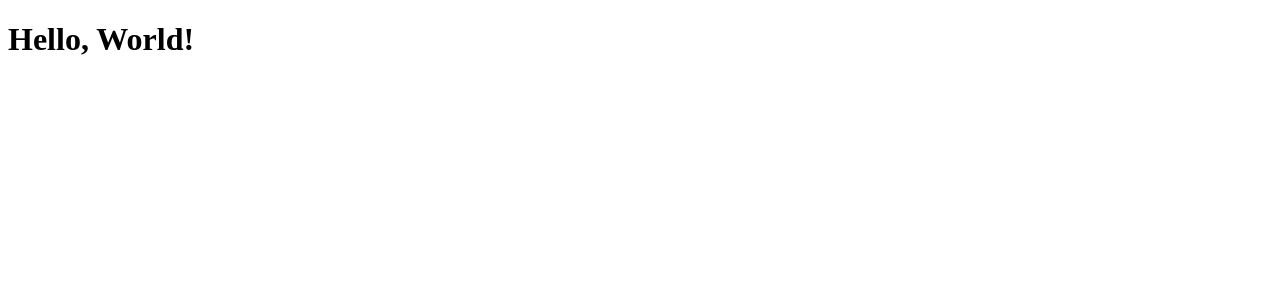
Repository: aaron33aaron/WEBD6201-W2021
Page: index.html
An editor plug-in stored every save of this project. The page is shown before and after the next save, followed by the edit.
The browser window is 1280 px wide. The pictures show the whole page.

Above is the page before, as saved 2021-01-13 19:28:36.

After the next save:
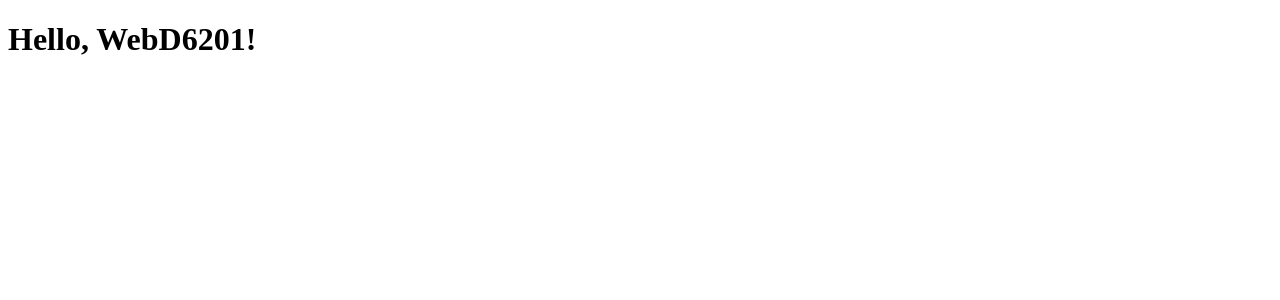
Saved 9 min 59 s later.
--- a/index.html
+++ b/index.html
@@ -8,7 +8,7 @@
 </head>
 <body>
     <div>
-        <h1>Hello, World!</h1>
+        <h1>Hello, WebD6201!</h1>
     </div>
 
     <!-- JavaScript Section -->
